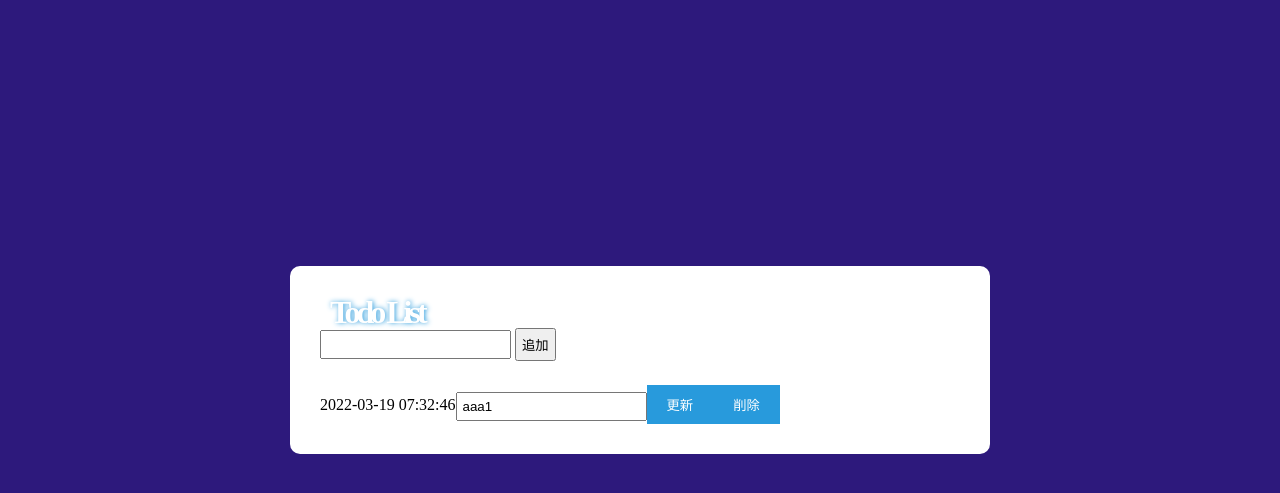
Repository: azuma2/todo
Page: http://localhost/todo/create
An editor plug-in stored every save of this project. The page is shown before and after the next save, followed by the edit.
The browser window is 1280 px wide. The pictures show the whole page.
The page is served by the project's Laravel application, run on PHP 8.4 with Laravel 8. Other server files are loaded and not shown.

Above is the page before, as saved 2022-03-20 02:09:06.

### routes/web.php
<?php

use Illuminate\Support\Facades\Route;
use App\Http\Controllers\TodoController;

Route::get('/', [TodoController::class, 'index']);
Route::get('/todo/create', [TodoController::class, 'add']);
Route::post('/todo/create', [TodoController::class, 'create']);
Route::get('/todo/update', [TodoController::class, 'edit']);
Route::post('/todo/update', [TodoController::class, 'update']);
Route::get('/todo/delete', [TodoController::class, 'delete']);
Route::post('/todo/delete', [TodoController::class, 'remove']);

### app/Http/Controllers/TodoController.php
<?php

namespace App\Http\Controllers;

use Illuminate\Http\Request;
use Illuminate\Support\Facades\DB;

class TodoController extends Controller
{
    public function index()
    {
        $items = DB::select('select * from todo');
        return view('index', ['items' => $items]);
    }
        public function add()
    {
        return view('add');
    }
    public function create(Request $request)
    {
        $param = [
            'content' => $request->content,
        ];
        DB::insert('insert into todo (content) values (:content)', $param);
        return redirect('/');
    }

    public function edit(Request $request)
    {
        $param = ['id' => $request->id];
        $item = DB::select('select * from todo where id = :id', $param);
        return view('edit', ['form' => $item[0]]);
    }
    public function update(Request $request)
    {
        $param = [
            'id' => $request->id,
            'content' => $request->content,
        ];
        DB::update('update todo set content =:content,  where id =:id', $param);
        return redirect('/');
    }
    public function delete(Request $request)
    {
        $param = ['id' => $request->id];
        $item = DB::select('select * from todo where id = :id', $param);
        return view('delete', ['form' => $item[0]]);
    }
    public function remove(Request $request)
    {
        $param = ['id' => $request->id];
        DB::delete('delete from todo where id =:id', $param);
        return redirect('/');
    }
}

### resources/views/add.blade.php
@extends('layouts.default')
<style>
    th {
      background-color: #289ADC;
      color: white;
      padding: 5px 40px;
    }
    tr:nth-child(4) td{
      padding: 10px;
    }
    td {
      padding: 25px 40px;
      background-color: #EEEEEE;
      text-align: center;
    }
    input {
      padding: 5px;
    }
    button {
      padding: 10px 20px;
      background-color: #289ADC;
      border: none;
      color: white;
    }
</style>
@section('title', 'add.blade.php')

@section('content')
<form action="/add" method="POST">
  <table>
    @csrf
    <tr>
      <th>
        name
      </th>
      <td>
        <input type="text" name="content">
      </td>
    </tr>
    <tr>
      <th>
        age
      </th>
      <td>
        <input type="text" name=" ">
      </td>
    </tr>
    <tr>
      <th>
        nationality
      </th>
      <td>
        <input type="text" name=" ">
      </td>
    </tr>
    <tr>
      <th></th>
      <td>
        <button>送信</button>
      </td>
    </tr>
  </table>
</form>
@endsection

### resources/views/layouts/default.blade.php
<!DOCTYPE html>
<html lang="ja">
<head>
    <meta charset="UTF-8">
    <meta name="viewport" content="width=device-width, initial-scale=1.0">
    <link rel="stylesheet" href="{{ asset('\resources\views\layouts\reset.css') }}" >
    <title>@yield('title')</title>
    <style>
    body {
      font-size:16px;
      margin: 5px;
      background-color: #2d197c;
    }

    .title{

    }

    .card {
    background-color: #fff;
    width: 50vw;
    padding: 30px;
    position: absolute;
    top: 50%;
    left: 50%;
    transform: translate(-50%, -50%);
    border-radius: 10px;
}
    h1 {
      font-size:32px;
      color:white;
      text-shadow:1px 0 5px #289ADC;
      letter-spacing:-4px;
      margin-left: 10px
    }
    .content {
      margin:10px;
    }
    </style>
  </head>
  <body>
  <div class="container">
    <div class="card">
      <h1 class="title">Todo List</h1>
            <div class="todo">
        <form action="/todo/create" method="post" class="flex between mb-30">
          <input type="hidden" name="_token" value="yPGHmdfvXMVMWtmtJqGVIjK97kTAmYJNKCWK19b7">          <input type="text" class="input-add" name="content" />
          <input class="button-add" type="submit" value="追加" />
        </form>
        <table>
          <tr>
            <th>作成日</th>
            <th>タスク名</th>
            <th>更新</th>
            <th>削除</th>
          </tr>
                    <tr>
            <td>
              2022-03-19 07:32:46
            </td>
            <form action="https://intense-reef-81125.herokuapp.com/todo/update?id=1794" method="post">
              <input type="hidden" name="_token" value="yPGHmdfvXMVMWtmtJqGVIjK97kTAmYJNKCWK19b7">              <td>
                <input type="text" class="input-update" value="aaa1" name="content" />
              </td>
              <td>
                <button class="button-update">更新</button>
              </td>
            </form>
            <td>
              <form action="https://intense-reef-81125.herokuapp.com/todo/delete?id=1794" method="post">
                <input type="hidden" name="_token" value="yPGHmdfvXMVMWtmtJqGVIjK97kTAmYJNKCWK19b7">                <button class="button-delete">削除</button>
              </form>
            </td>
          </tr>
                  </table>
      </div>
    </div>
  </div>
  </div>
</body>

</html>

### resources/views/layouts/reset.css
/*
html5doctor.com Reset Stylesheet
v1.6.1
Last Updated: 2010-09-17
Todo: Richard Clark - http://richclarkdesign.com
Twitter: @rich_clark
*/

html, body, div, span, object, iframe,
h1, h2, h3, h4, h5, h6, p, blockquote, pre,
abbr, address, cite, code,
del, dfn, em, img, ins, kbd, q, samp,
small, strong, sub, sup, var,
b, i,
dl, dt, dd, ol, ul, li,
fieldset, form, label, legend,
table, caption, tbody, tfoot, thead, tr, th, td,
article, aside, canvas, details, figcaption, figure,
footer, header, hgroup, menu, nav, section, summary,
time, mark, audio, video {
    margin:0;
    padding:0;
    border:0;
    outline:0;
    font-size:100%;
    vertical-align:baseline;
    background:transparent;
}

body {
    line-height:1;
}

article,aside,details,figcaption,figure,
footer,header,hgroup,menu,nav,section {
    display:block;
}

nav ul {
    list-style:none;
}

blockquote, q {
    quotes:none;
}

blockquote:before, blockquote:after,
q:before, q:after {
    content:'';
    content:none;
}

a {
    margin:0;
    padding:0;
    font-size:100%;
    vertical-align:baseline;
    background:transparent;
}

/* change colours to suit your needs */
ins {
    background-color:#ff9;
    color:#000;
    text-decoration:none;
}

/* change colours to suit your needs */
mark {
    background-color:#ff9;
    color:#000;
    font-style:italic;
    font-weight:bold;
}

del {
    text-decoration: line-through;
}

abbr[title], dfn[title] {
    border-bottom:1px dotted;
    cursor:help;
}

table {
    border-collapse:collapse;
    border-spacing:0;
}

/* change border colour to suit your needs */
hr {
    display:block;
    height:1px;
    border:0;
    border-top:1px solid #cccccc;
    margin:1em 0;
    padding:0;
}

input, select {
    vertical-align:middle;
}

Loaded but not shown: app/Http/Controllers/Controller.php (common file)

After the next save:
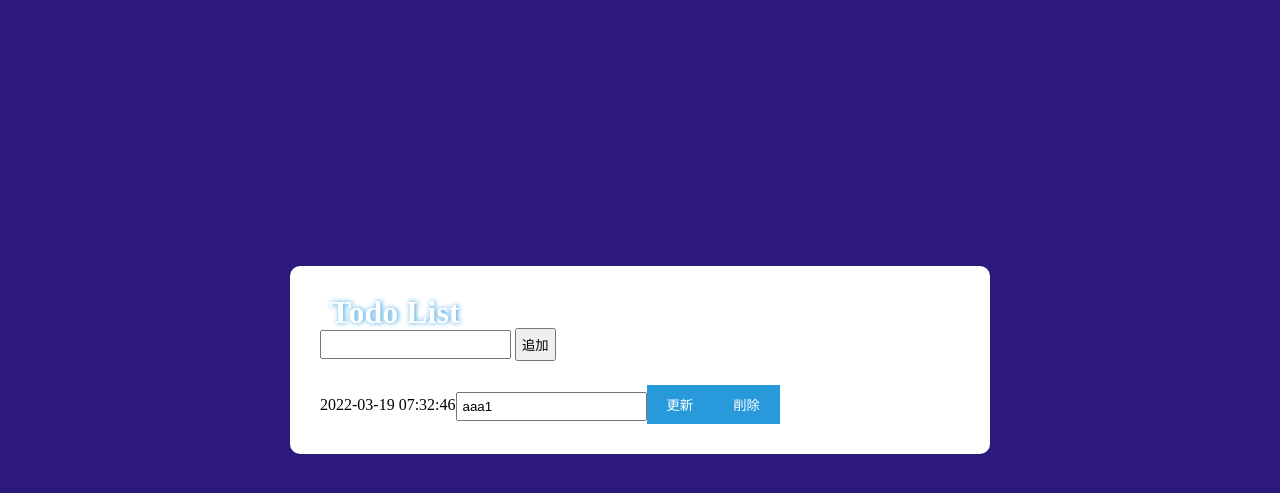
Saved 2 min 8 s later.
--- a/resources/views/layouts/default.blade.php
+++ b/resources/views/layouts/default.blade.php
@@ -30,7 +30,7 @@
       font-size:32px;
       color:white;
       text-shadow:1px 0 5px #289ADC;
-      letter-spacing:-4px;
+
       margin-left: 10px
     }
     .content {
